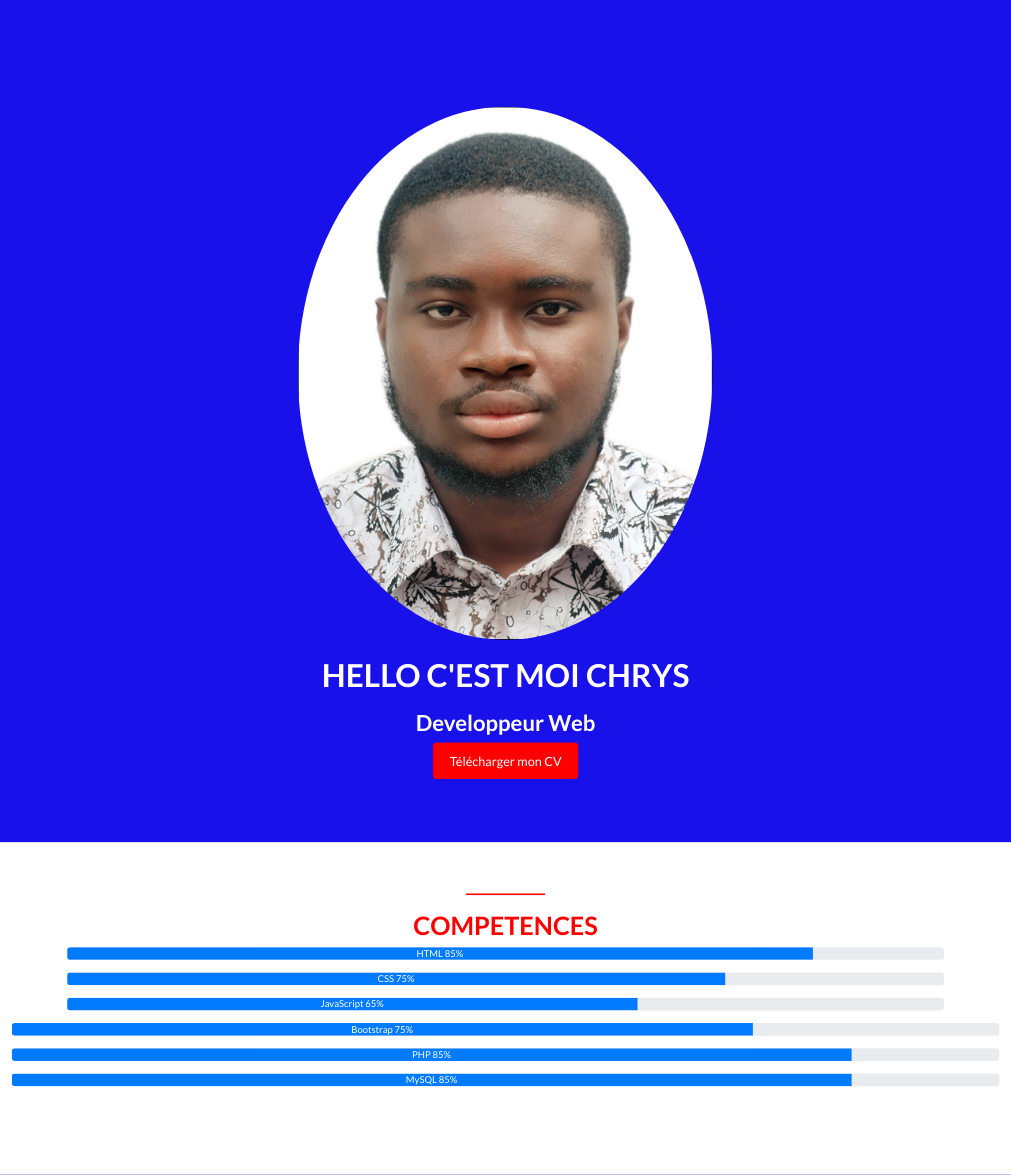
Repository: CHRYSOVR/CV_en_ligne_Interactif
Page: index.html
These files come from the project's save history. The page is drawn as it stood at one moment and after the next save; the edit follows.
The browser window is 1280 px wide. The pictures show the whole page, at 79% of full size.

Above is the page before, as saved 2025-07-07 16:49:10.
Console error: TypeError: Cannot read properties of undefined (reading 'fn')

### index.html
<!DOCTYPE html>
<html lang="fr">
<head>
    <meta charset="UTF-8">
    <meta name="viewport" content="width=device-width, initial-scale=1.0">
    <link rel="preconnect" href="https://fonts.googleapis.com">
<link rel="preconnect" href="https://fonts.gstatic.com" crossorigin>
<link href="https://fonts.googleapis.com/css2?family=Lato:ital,wght@0,100;0,300;0,400;0,700;0,900;1,100;1,300;1,400;1,700;1,900&display=swap" rel="stylesheet">
<link rel="stylesheet" href="https://cdn.jsdelivr.net/npm/bootstrap@4.0.0/dist/css/bootstrap.min.css" integrity="sha384-Gn5384xqQ1aoWXA+058RXPxPg6fy4IWvTNh0E263XmFcJlSAwiGgFAW/dAiS6JXm" crossorigin="anonymous">
<script src="https://cdn.jsdelivr.net/npm/bootstrap@4.0.0/dist/js/bootstrap.min.js" integrity="sha384-JZR6Spejh4U02d8jOt6vLEHfe/JQGiRRSQQxSfFWpi1MquVdAyjUar5+76PVCmYl" crossorigin="anonymous"></script>
    <link rel="stylesheet" href="css/style.css">
    <script src="js/script.js"></script>
    <title>CV SANNE-TIA</title>
</head>
<body>
  <section id="about" class="container-fluid">
    <div  class=" col-8 col -lg-4 profile-picture" >
        <img src="images/Me.JPG" alt="photo sanne-tia" class="rounded-circle">
    </div>
    <div class="heading">
        <h1>Hello c'est moi Chrys</h1 >
             <h3>Developpeur Web</h3>
     <a href="documents/CV_Sanne-Tia.pdf" class="btn btn-danger" target="_blank">Télécharger mon CV</a>
  </div>
    </section>
    <section id="skills">
<div class="divider"></div>
<div class="heading">
    <h2>Competences</h2>
</div>
<div class="container">
    <div class="row flex-column">
        <div class="col-12 mb-3">
            <div class="progress">
                <div class="progress-bar" role="progressbar" style="width: 85%;" aria-valuenow="85" aria-valuemin="0" aria-valuemax="100">HTML 85%</div>
            </div>
        </div>
        <div class="col-12 mb-3">
            <div class="progress">
                <div class="progress-bar" role="progressbar" style="width: 75%;" aria-valuenow="75" aria-valuemin="0" aria-valuemax="100">CSS 75%</div>
            </div>
        </div>
        <div class="col-12 mb-3">
                    <div class="progress">
                        <div class="progress-bar" role="progressbar" style="width: 65%;" aria-valuenow="65" aria-valuemin="0" aria-valuemax="100">JavaScript 65%</div>
                    </div>
                </div>
            </div>
        </div>
        <div class="col-12 mb-3">
            <div class="row">
                <div class="col-12  mb-3">
                    <div class="progress">
                        <div class="progress-bar" role="progressbar" style="width: 75%;" aria-valuenow="75" aria-valuemin="0" aria-valuemax="100">Bootstrap 75%</div>
                    </div>
                </div>
                <div class="col-12  mb-3">
                    <div class="progress">
                        <div class="progress-bar" role="progressbar" style="width: 85%;" aria-valuenow="85" aria-valuemin="0" aria-valuemax="100">PHP 85%</div>
                    </div>
                </div>
                <div class="col-12  mb-3">
                    <div class="progress">
                        <div class="progress-bar" role="progressbar" style="width: 85%;" aria-valuenow="85" aria-valuemin="0" aria-valuemax="100">MySQL 85%</div>
                    </div>
                </div>
            </div>
        </div>
    </div>
</div>
</div>





    </section>
</body>
</html>

### css/style.css
/*GENERAL*/

body{
    font-family: 'Lato', sans-serif;

}
h1,h2,h3,h4,h5,h6{
    font-weight: bold;


}
.divider{
    width: 100px;
    height: 2px;
    background-color: #ff0000;
    margin:0 auto 20px ;
}
/*ABOUT*/
#about{
    background-color: #1911e9;

}
.profile-picture{
    text-align: center;
    margin: 70px auto 0;

}
section{
padding: 65px 0 80px 0;

}
 .heading{
    text-align: center;
    color: white;
    margin-top: 20px;
}
.heading h2{
    text-transform: uppercase;
}
img{
    max-width: 100%;
    height: auto;
}
#about .heading h1{
    color: white;
    text-transform: uppercase;
    margin-bottom: 20px;

}
.btn-danger{
    background-color: #ff0000;
    border-color: #ff0000;
    color: white;
    padding: 10px 20px;
    font-size: 16px;
    text-decoration: none;
    transition: all 0.7 s ease-in 2s;
}
.btn-danger:hover{
    background:rgba(255, 255, 255, 0.137);
    border-color: #00ff11fe;
    color: white;
    padding: 10px 20px;
    font-size: 16px;
    text-decoration: none;
}
/*SKILLS*/
#skills .heading h2 {
    color:red
}

Loaded but not shown: js/script.js (no stored copy; drawn as an empty file)

After the next save:
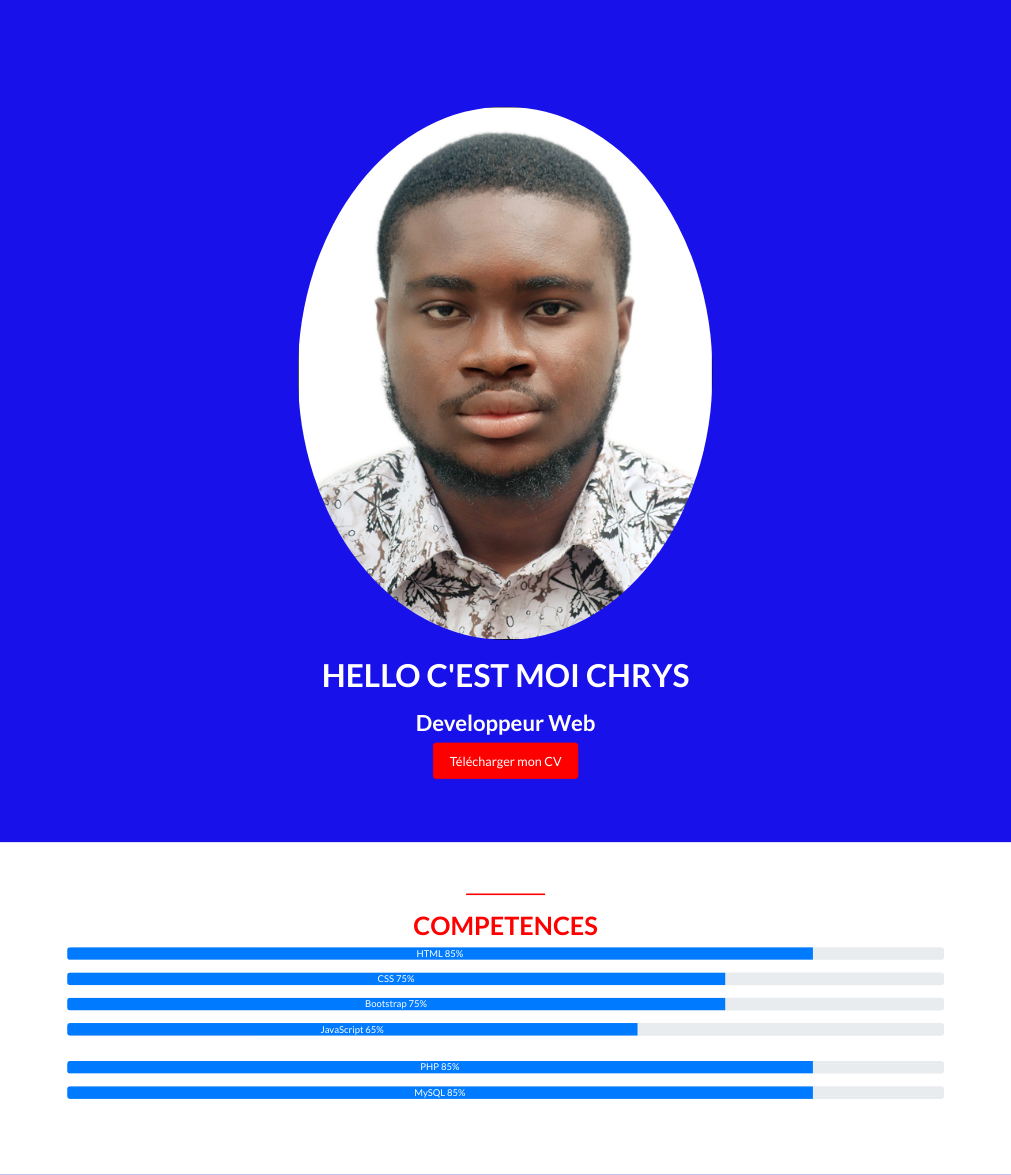
Saved 87 s later.
--- a/index.html
+++ b/index.html
@@ -35,16 +35,11 @@
                 <div class="progress-bar" role="progressbar" style="width: 85%;" aria-valuenow="85" aria-valuemin="0" aria-valuemax="100">HTML 85%</div>
             </div>
         </div>
-        <div class="col-12 mb-3">
+
+
+         <div class="col-12 mb-3">
             <div class="progress">
                 <div class="progress-bar" role="progressbar" style="width: 75%;" aria-valuenow="75" aria-valuemin="0" aria-valuemax="100">CSS 75%</div>
-            </div>
-        </div>
-        <div class="col-12 mb-3">
-                    <div class="progress">
-                        <div class="progress-bar" role="progressbar" style="width: 65%;" aria-valuenow="65" aria-valuemin="0" aria-valuemax="100">JavaScript 65%</div>
-                    </div>
-                </div>
             </div>
         </div>
         <div class="col-12 mb-3">
@@ -54,6 +49,13 @@
                         <div class="progress-bar" role="progressbar" style="width: 75%;" aria-valuenow="75" aria-valuemin="0" aria-valuemax="100">Bootstrap 75%</div>
                     </div>
                 </div>
+                 <div class="col-12 mb-3">
+                    <div class="progress">
+                        <div class="progress-bar" role="progressbar" style="width: 65%;" aria-valuenow="65" aria-valuemin="0" aria-valuemax="100">JavaScript 65%</div>
+                    </div>
+                </div>
+            </div>
+        </div>
                 <div class="col-12  mb-3">
                     <div class="progress">
                         <div class="progress-bar" role="progressbar" style="width: 85%;" aria-valuenow="85" aria-valuemin="0" aria-valuemax="100">PHP 85%</div>
